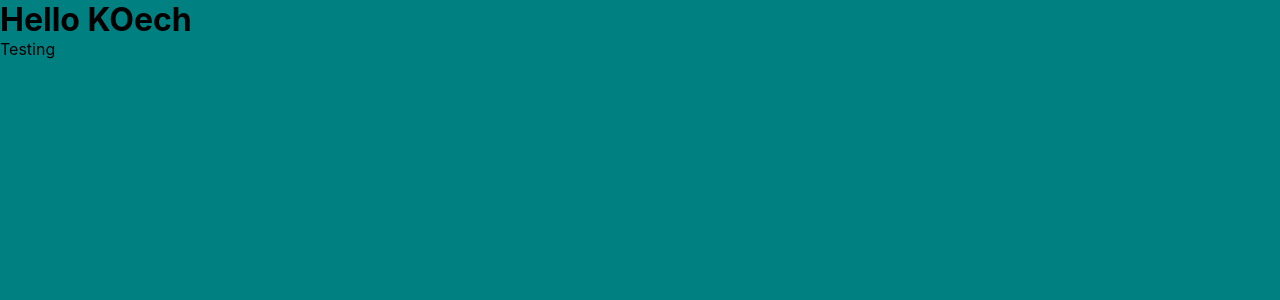
Repository: Exdevo/React
Page: /
The author's editor kept a copy of each file at every save. The page is drawn from the files as they stood at one save, then again after the next save.
The browser window is 1280 px wide. The pictures show the whole page.
The project was rebuilt for these pictures with package versions that can differ from the ones it lists, and the page was loaded fresh each time. Also part of the build but not shown: src/ItemDescription.js, src/Product.js.

Above is the page before, as saved 2023-02-12 13:38:09.

### src/App.js
import './App.css';
import Product from './Product';

function App() {

  const name= "KOech";
  let isProgrammer= true;


  return (
    <div className="App">
     <h1> Hello {isProgrammer ? name : "TodayIsMe"} </h1>
     {name ?(
      <>Testing</>
     ):(
      <>
      <h1>Welcome back</h1>
      <h2>Yes, am a programmer!</h2>
      </>
     )}



      {/* < Product
      name='Phone'
      description='Samsung'
      price='4300'
      />
      < Product
      name='Laptop'
      description='Mac'
      price='24000'
      />
      < Product
      name='Woofer'
      description='Vitron'
      price='2300'
      /> */}

    </div>
  );
}

export default App;

### src/App.css
*{
  margin: 0;
  background-color: teal;
}

Loaded but not shown: public/index.html (common file); src/index.js (common file); src/index.css (common file)

After the next save:
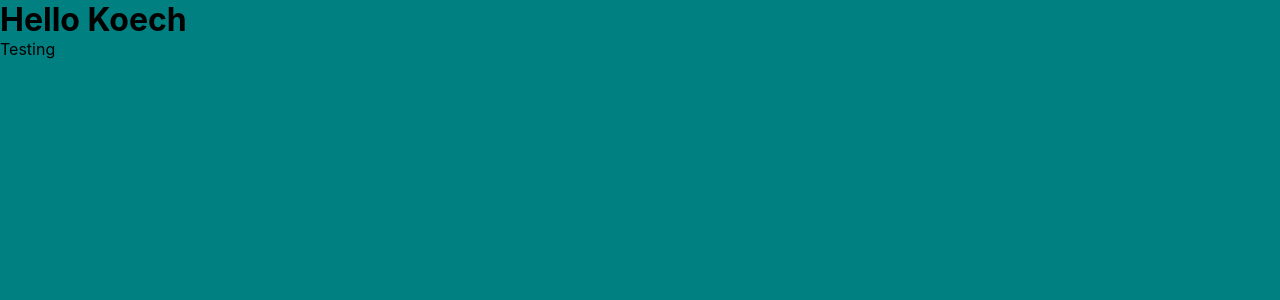
Saved 8 s later.
--- a/src/App.js
+++ b/src/App.js
@@ -3,7 +3,7 @@ import Product from './Product';
 
 function App() {
 
-  const name= "KOech";
+  const name= "Koech";
   let isProgrammer= true;
 
 
